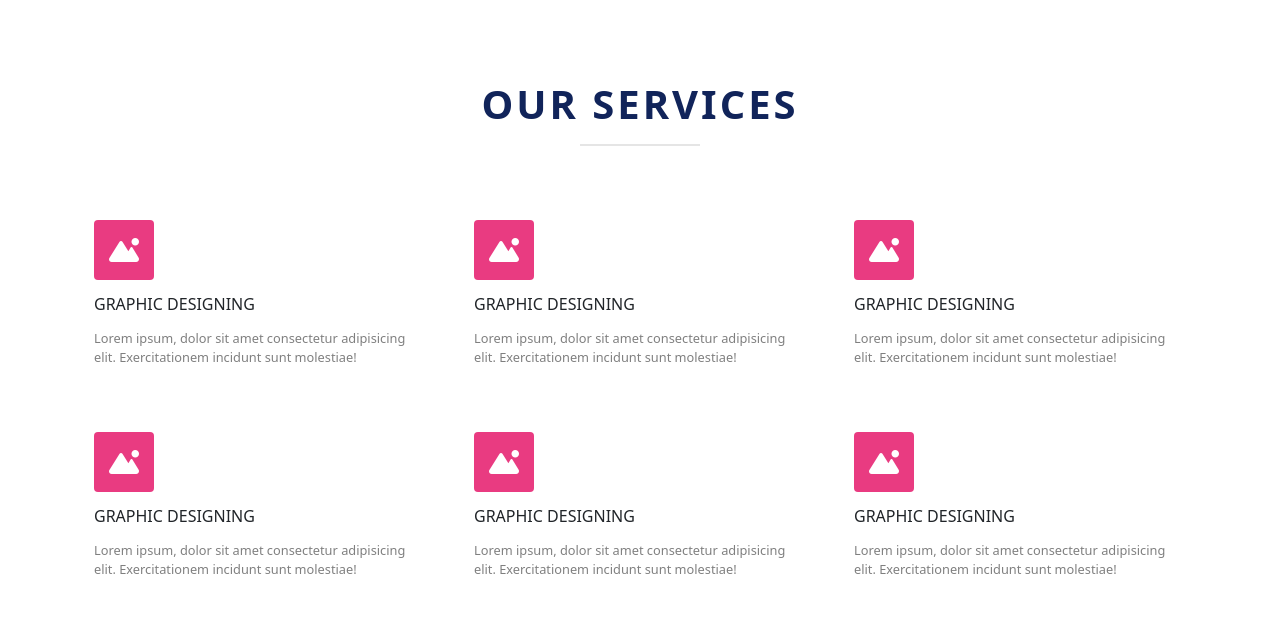
Repository: lhggiang/CaseStudy
Page: index.html
These files come from the project's save history. The page is drawn as it stood at one moment and after the next save; the edit follows.
The browser window is 1280 px wide. The pictures show the part of the page from y = 778 to 1397 px (the page is 1397 px tall before and 1347 px after).
Backgrounds fixed to the window are drawn as part of the page. Some web libraries are served in a nearby version. The style sheet was rebuilt from its Sass, Less or Tailwind sources for each picture, by a compiler version that may differ from the author's.

Above is the page before, as saved 2023-02-22 15:17:05.

After the next save:
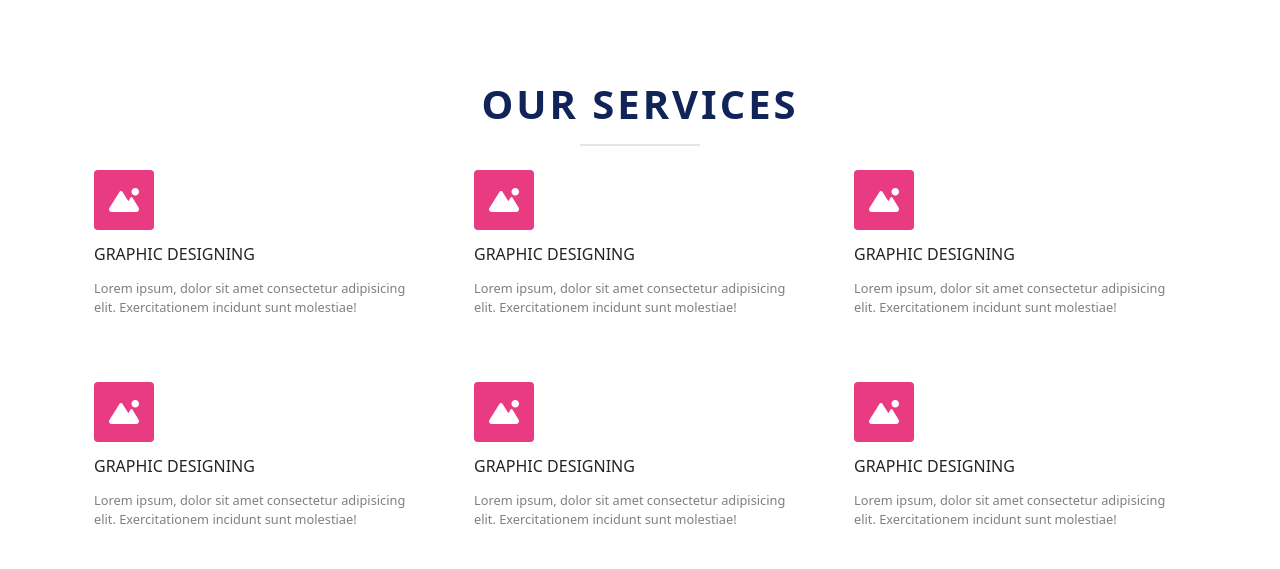
Saved 55 s later.
--- a/style.scss
+++ b/style.scss
@@ -98,7 +98,7 @@ $font-weight: 500;
     font-size: 0.8rem;
     color: rgba(0, 0, 0, 0.5);
   }
-  &__components {
-    margin-top: 50px;
-  }
+  // &__components {
+  //   margin-top: 50px;
+  // }
 }
